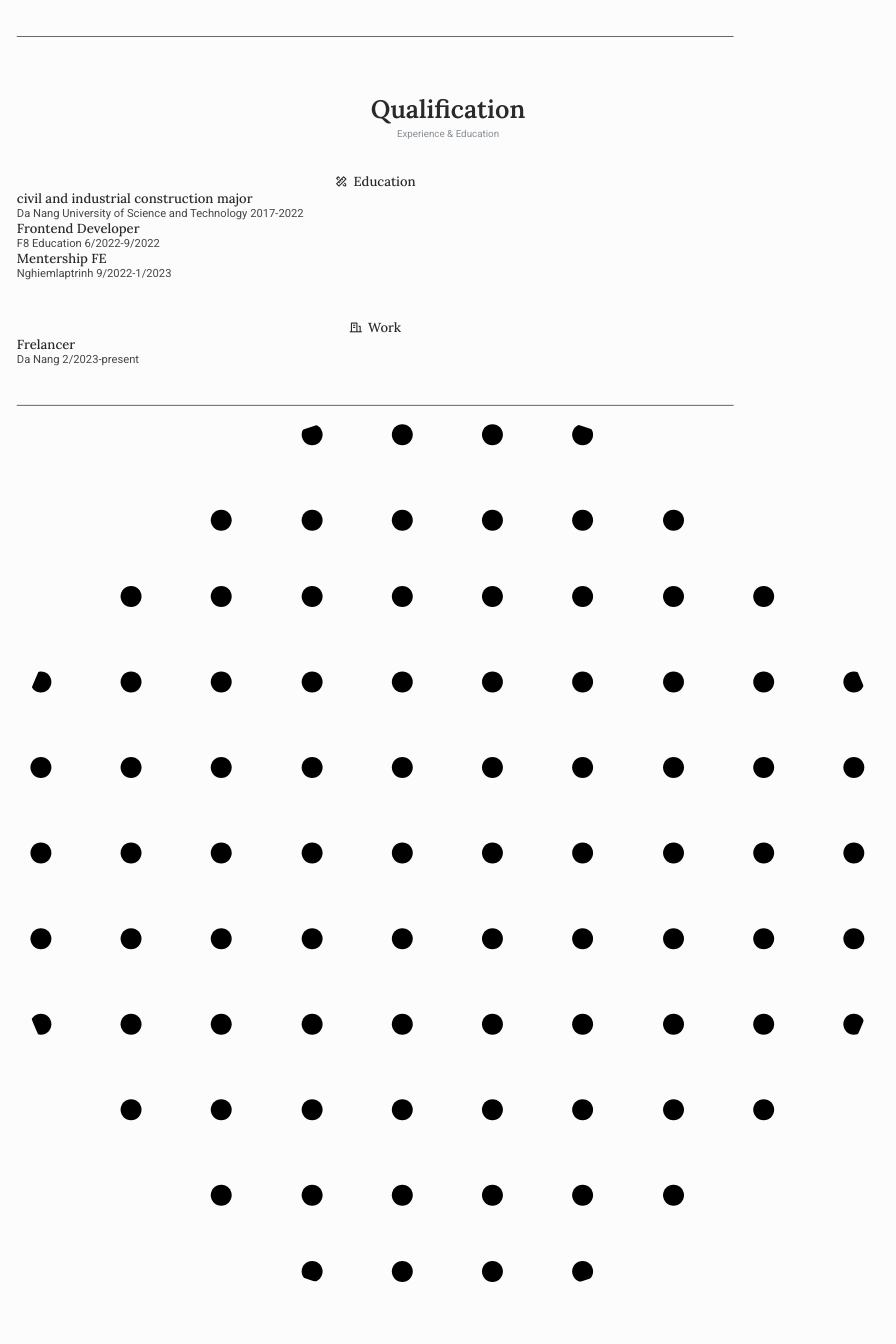
Repository: hnguyeng/myportfoliohongnguyen
Page: index.html
An editor plug-in stored every save of this project. The page is shown before and after the next save, followed by the edit.
The browser window is 1280 px wide. The pictures show the part of the page from y = 3108 to 5028 px (the page is 5252 px tall before and 5304 px after), at 70% of full size.
Some web libraries are served in a nearby version.

Above is the page before, as saved 2023-07-18 16:02:47.

After the next save:
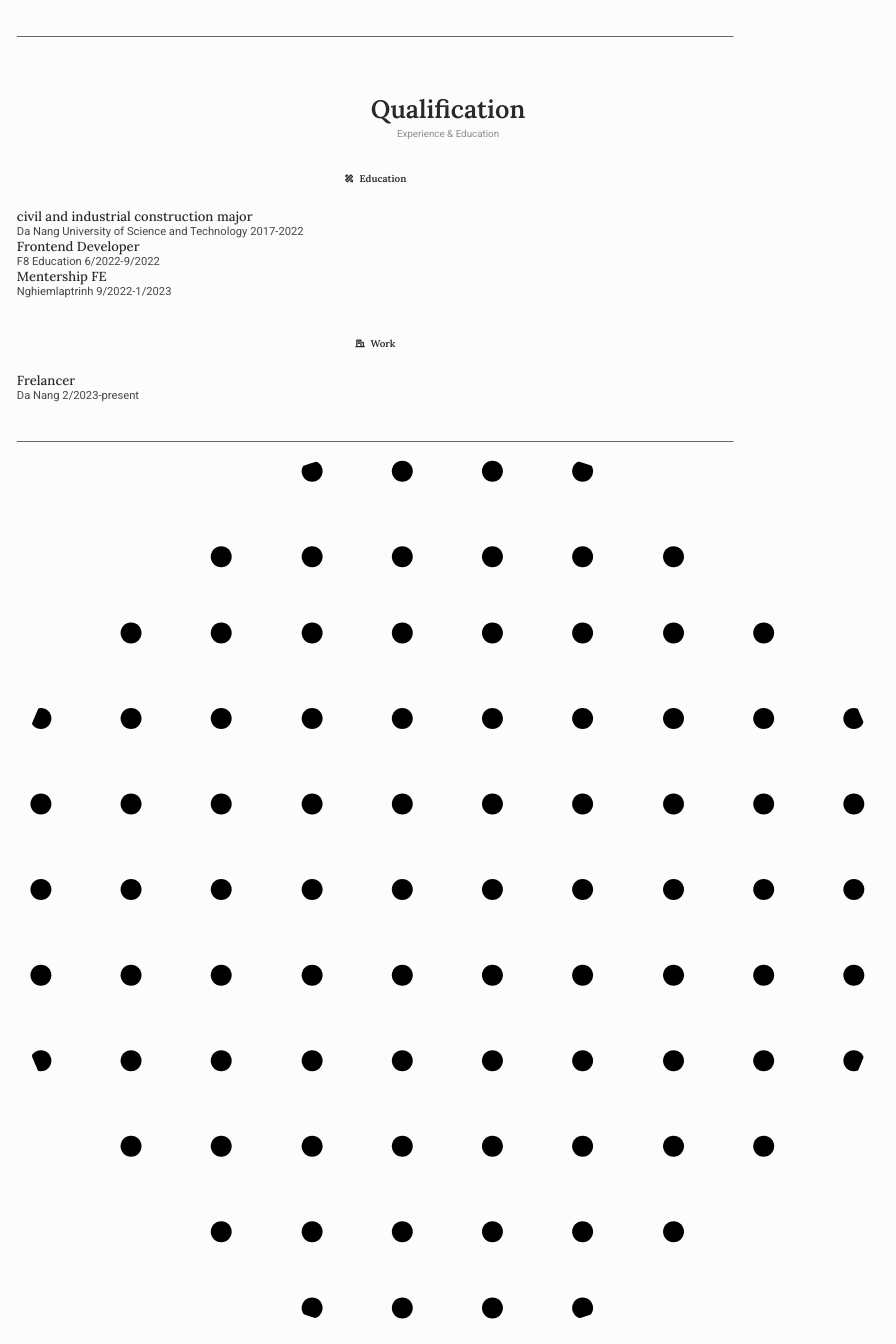
Saved 72 s later.
--- a/assets/css/style.css
+++ b/assets/css/style.css
@@ -363,4 +363,7 @@ img{
     justify-content: center;
     align-items: center;
     column-gap: .5rem;
-}
+    font-size: var(--small-font-size);
+    font-weight: var(--font-semi-bold);
+    margin-bottom: 2rem;
+}
